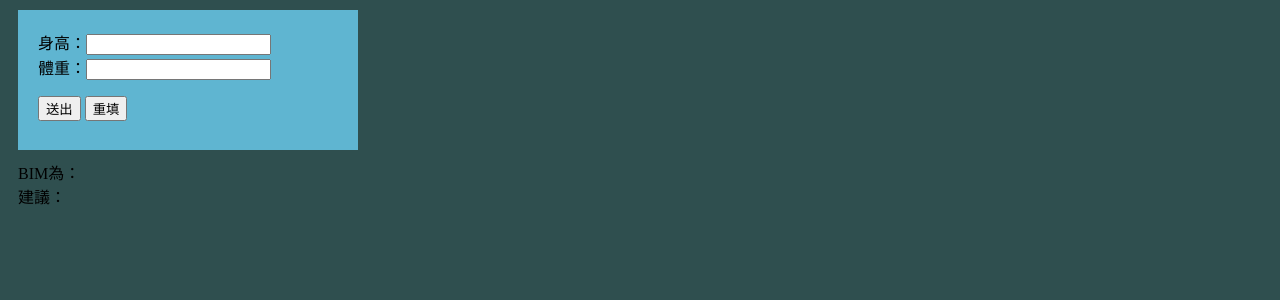
Repository: Digi-Duck/cybercube
Page: 12- 張雅婷/1117-bmi.html
An editor plug-in stored every save of this project. The page is shown before and after a run of saves, followed by the edit.
The browser window is 1280 px wide. The pictures show the whole page.

Above is the page before, as saved 2022-11-24 13:51:59.

### 12- 張雅婷/1117-bmi.html
<!DOCTYPE html>
<html lang="en">

<head>
    <meta charset="UTF-8">
    <meta http-equiv="X-UA-Compatible" content="IE=edge">
    <meta name="viewport" content="width=device-width, initial-scale=1.0">
    <title>Document</title>
    <link rel="stylesheet" href="bmi.css">
</head>

<body>
    <!DOCTYPE html>
<html lang="en">

<head>
    <meta charset="UTF-8">
    <meta http-equiv="X-UA-Compatible" content="IE=edge">
    <meta name="viewport" content="width=device-width, initial-scale=1.0">
    <title>Document</title>
</head>

<body>
    <div class="bmi_input">
        <div class="input">
            身高：<input type="text" id="height" >
        </div>
        <div class="input">
            體重：<input type="text" id="weight">
       <p></p>
            <div class="btns">
                <button id="cal" >送出</button>
                <button type="reset">重填</button>
            </div>
        </div>
    </div>
    <div class="bmi_output act">
        <div id="bmi_num">BIM為：</div>
        <div id="bmi_tips">建議：</div>
    </div>

</body>
<!-- <div class="input">
        身高：<input type="text" id="tell" >
        體重：<input type="text" id="heavy">
   <p></p>
        <div class="btns">
            <input name="" value="送出"></input>
            <button type="reset">重填</button>
        </div>
    </div>
</div>
<div class="bmi">
    <div id="bminum">BIM為：</div>
    <div id="bmitips">建議：</div>
</div> -->

    <!-- <script type="text/javascript">
        function () {
            var tall = document.querySelector('.cm');
            var heavy = document.querySelector('.kg');
            var bmi = ;

        }
        function bmi(tall, heavy) {
            var bmi = (heavy % (tall * tall))
        }
        if((tall!="")&(heavy!="")){
            bmi.style.display="block";

        } -->


</html>

### 12- 張雅婷/bmi.css
.bmi_input{
    width: 300px;
    height: 100px;
    margin: 10px;
    align-items: center;
    background-color: #5fb5d1;
    padding: 20px;
    color: black;
}

.bmi_output.act{
    opacity:1;
    margin: 10px;
    align-items: center;
}
body{
    background-color: darkslategray;
}

After the next 2 saves:
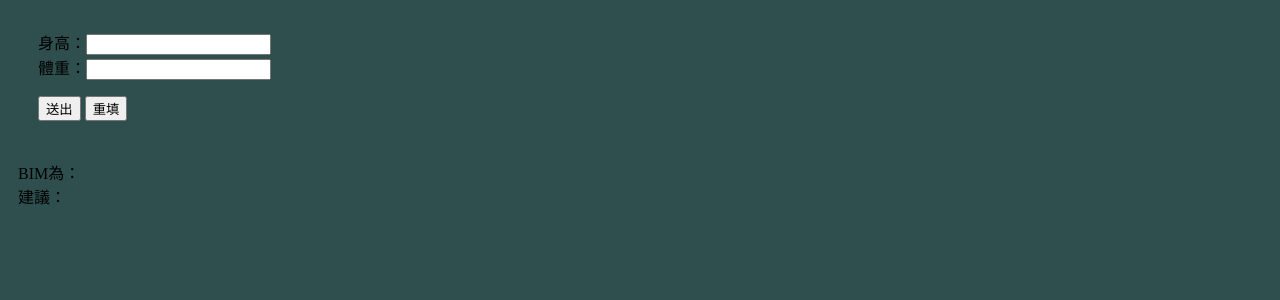
The 2 saves are shown as one change because they came seconds apart.
The last was saved 52 s later.
--- a/12- 張雅婷/bmi.css
+++ b/12- 張雅婷/bmi.css
@@ -3,6 +3,7 @@
     height: 100px;
     margin: 10px;
     align-items: center;
+    t
     background-color: #5fb5d1;
     padding: 20px;
     color: black;

After the 3 saves that followed:
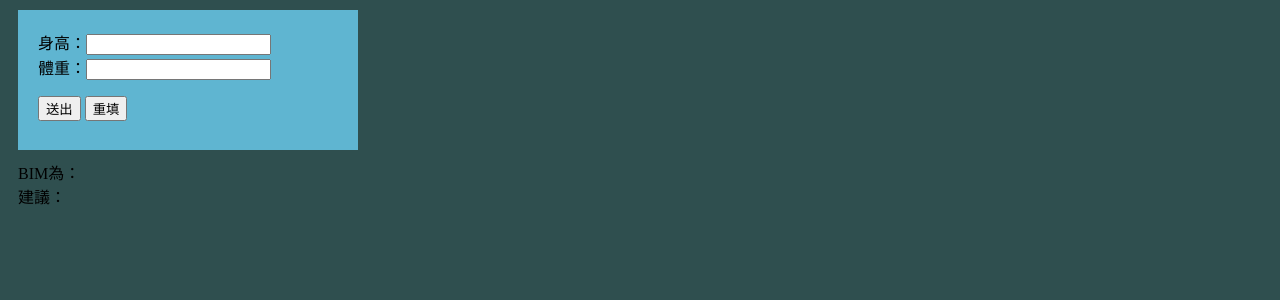
The 3 saves are shown as one change because 2 left the picture as it was.
The last was saved 14 s later.
--- a/12- 張雅婷/bmi.css
+++ b/12- 張雅婷/bmi.css
@@ -3,7 +3,7 @@
     height: 100px;
     margin: 10px;
     align-items: center;
-    t
+    translate: center;
     background-color: #5fb5d1;
     padding: 20px;
     color: black;
